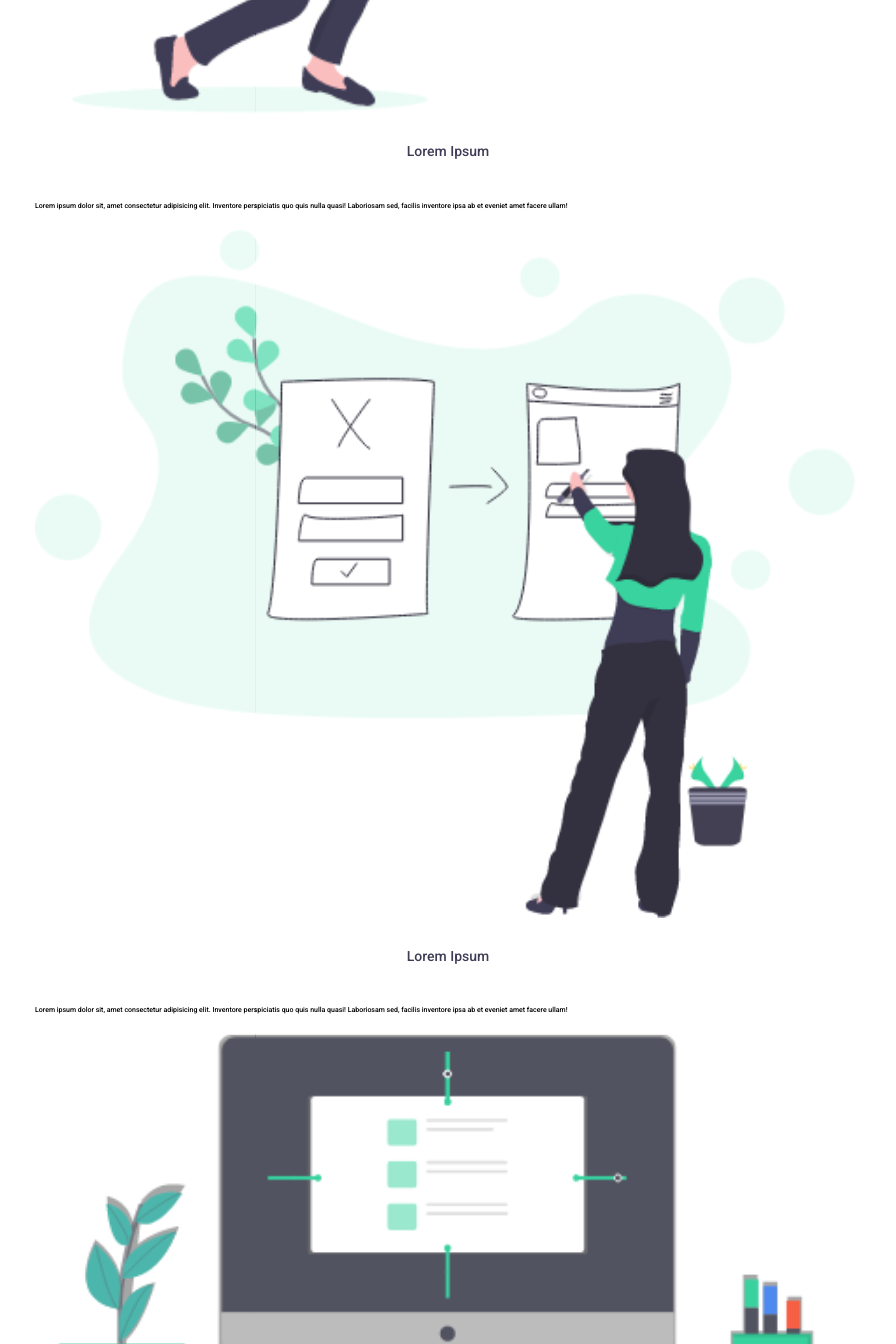
Repository: kebinh1235/porfolio-demo
Page: index.html
These files come from the project's save history. The page is drawn as it stood at one moment and after the next save; the edit follows.
The browser window is 1280 px wide. The pictures show the part of the page from y = 1615 to 3535 px (the page is 3872 px tall before and 3752 px after), at 70% of full size.
Some web libraries are served in a nearby version.

Above is the page before, as saved 2021-10-20 16:15:11.

After the next save:
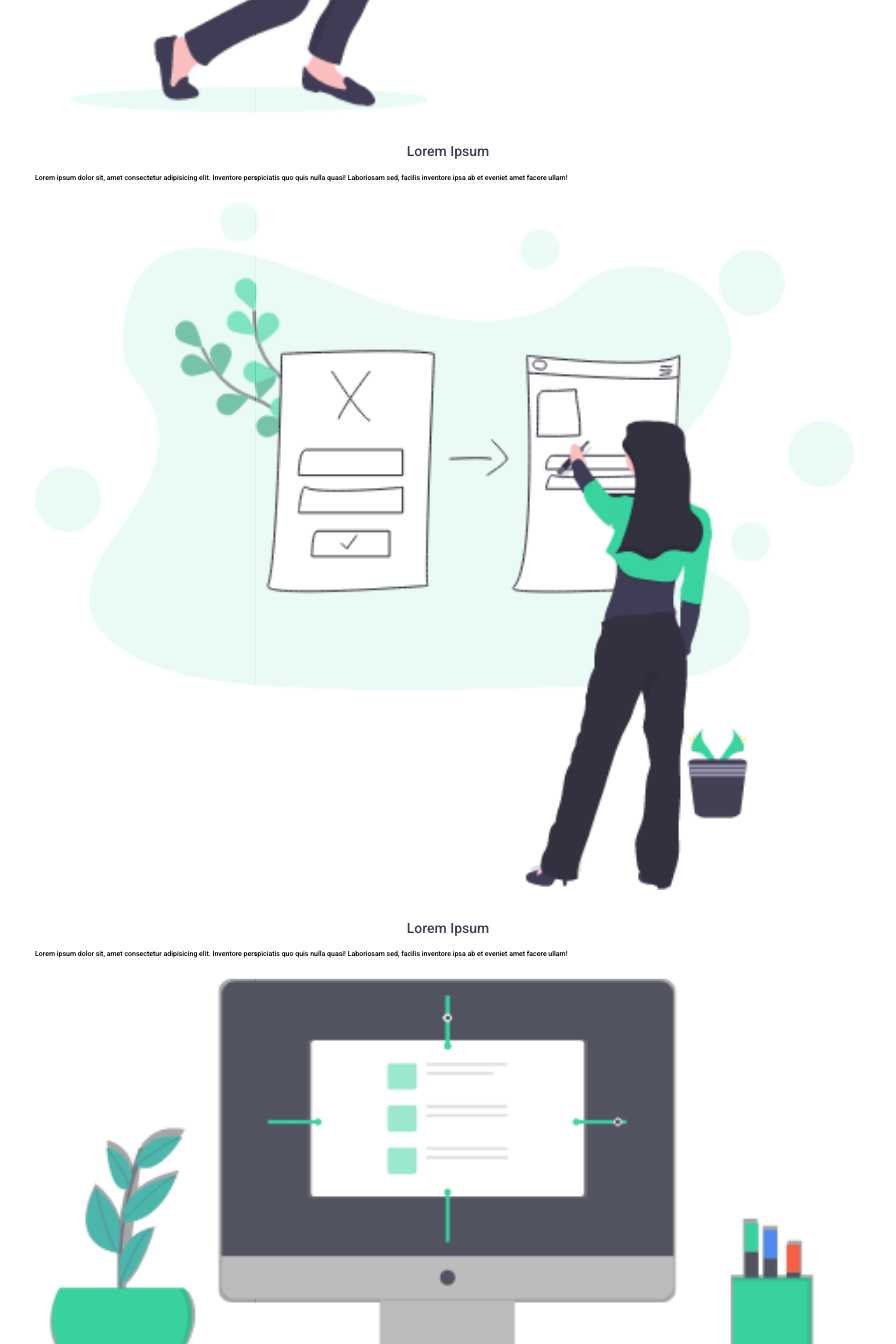
Saved 29 s later.
--- a/css/style.css
+++ b/css/style.css
@@ -233,7 +233,7 @@ header {
   display: block;
   text-align: center;
   color: var(--gray);
-  margin-bottom: 3em;
+  margin-bottom: 1em;
   font-size: 2rem;
 }
 .things__item {
@@ -252,4 +252,5 @@ header {
   line-height: 2em;
   margin: 0 auto;
   padding-top: 1em;
-}
+  font-size: 1.6rem;
+}
